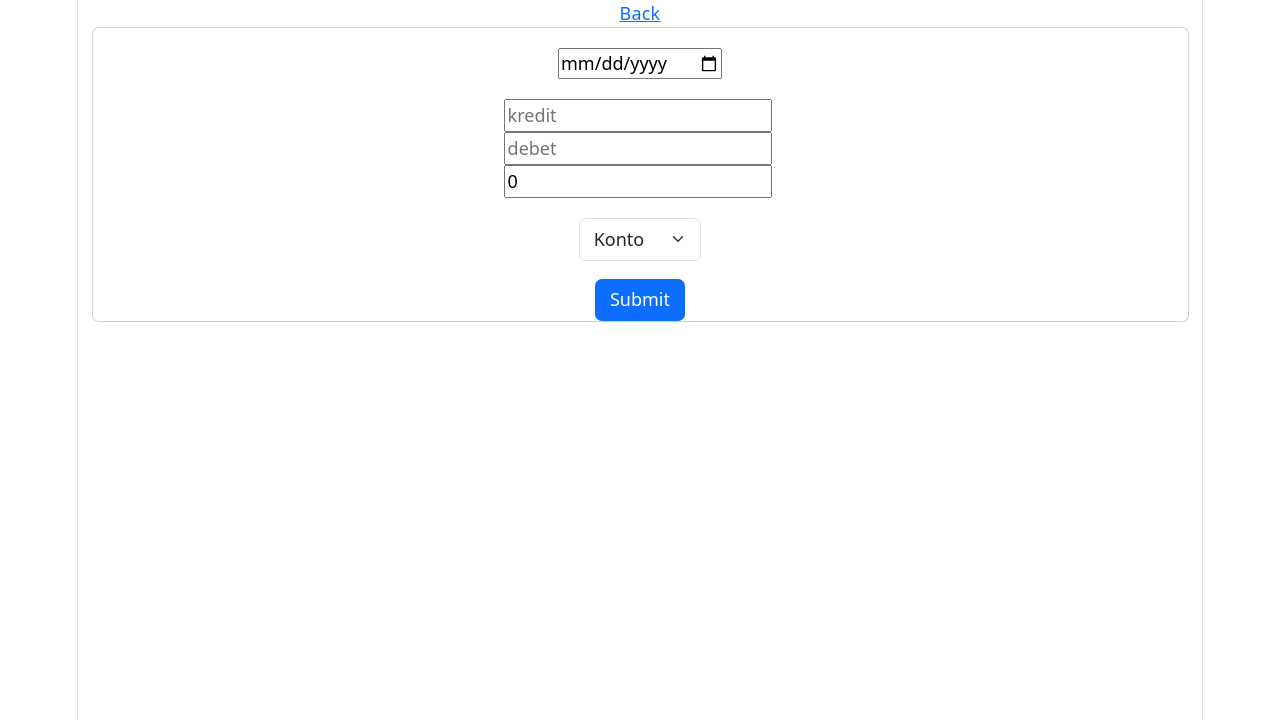
Repository: supply24/kidsaccount
Page: /action
These files come from the project's save history. The page is drawn as it stood at one moment and after the next save; the edit follows.
The browser window is 1280 px wide. The pictures show the whole page.
The page's requests for data from a server got no answer. The project was rebuilt for these pictures with package versions that can differ from the ones it lists, and the page was loaded fresh each time. No one was signed in, and anything a server would have sent is missing. Also part of the build but not shown: vite.config.js, src/App.css, src/App.jsx, src/Homing.jsx, src/Emilia.jsx, src/Alexander.jsx.

Above is the page before, as saved 2026-08-01 05:38:59.

After the next save:
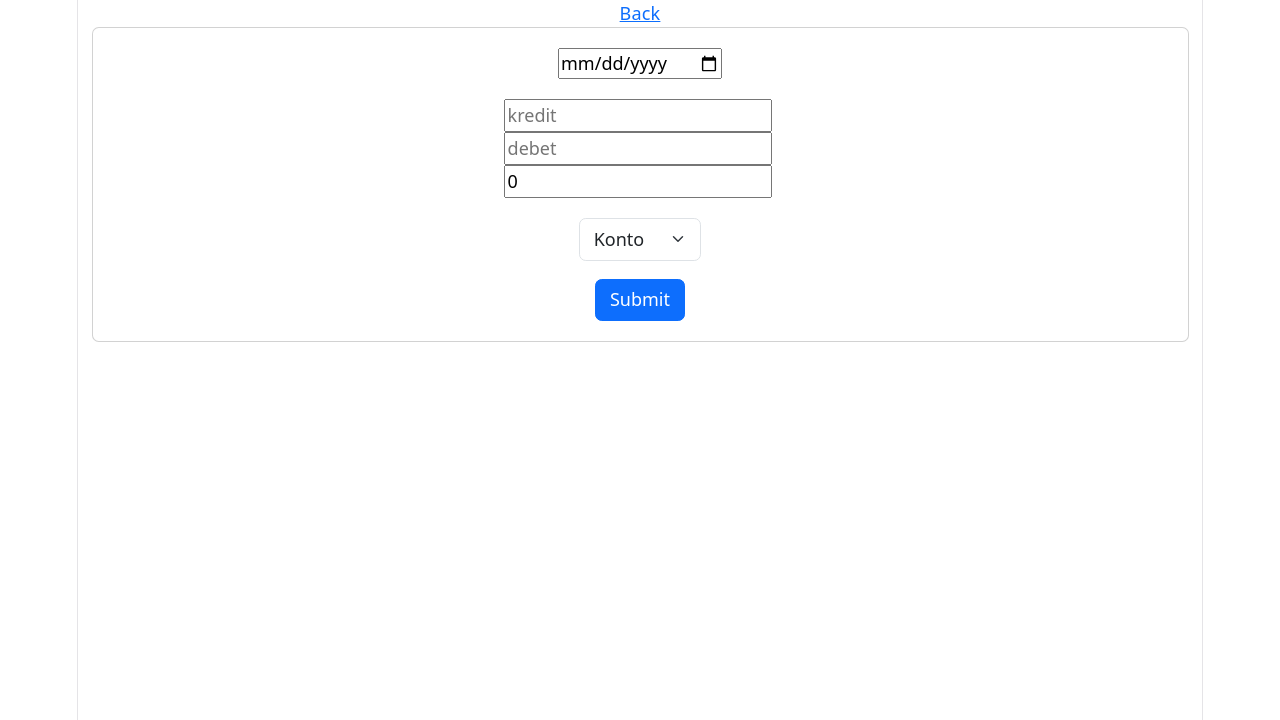
Saved 2 min 6 s later.
--- a/src/Actions.jsx
+++ b/src/Actions.jsx
@@ -98,7 +98,7 @@ const Actions = () => {
 
 
 
-        <Button type="submit">Submit</Button></Col>
+        <Button type="submit" style={{marginBottom:20}}>Submit</Button></Col>
 
          </Form> </Card></Container>  </div>
   )
